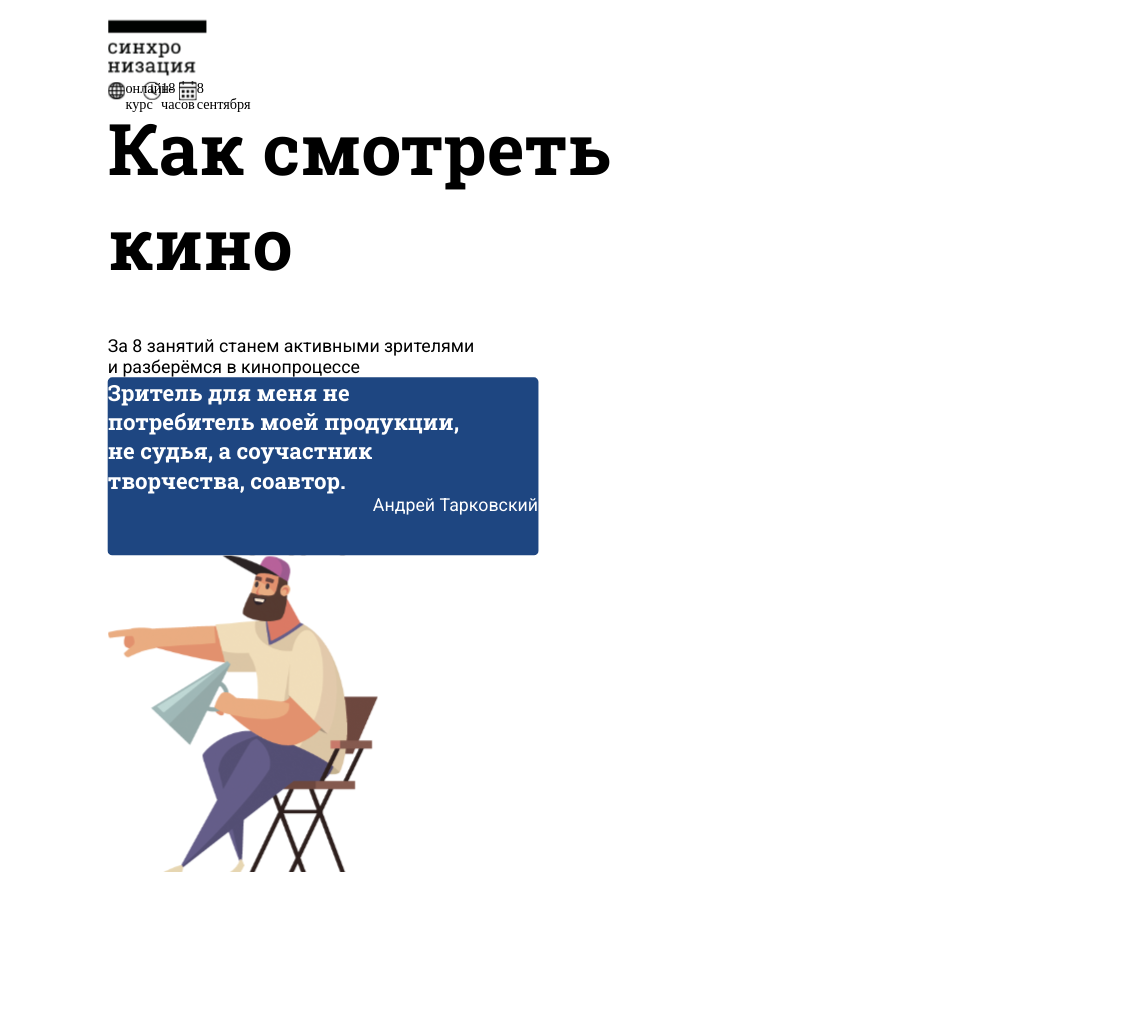
Repository: kubrazamanova/project1
Page: index.html
These files come from the project's save history. The page is drawn as it stood at one moment and after the next save; the edit follows.
The browser window is 1280 px wide. The pictures show the whole page, at 89% of full size.

Above is the page before, as saved 2023-09-09 12:47:27.

### index.html
<!DOCTYPE html>
<html lang="en">

<head>
  <meta charset="UTF-8" />
  <meta name="viewport" content="width=device-width, initial-scale=1.0" />
  <title>Document</title>
  <link rel="stylesheet" href="index.css" />
</head>

<body>
  <div class="container">
    <img class="logo-img" src="./images/logo_mobile_black 1 (1).svg" alt="">
<ul>
  <li>
<img src="./images/globe (1).svg" alt="">
<p>онлайн-курс</p>
  </li>
  <li>
    <img src="./images/img_135744 (1).svg" alt="">
    <p>18 часов </p>
  </li>
  <li>
    <img src="./images/calendar_2 (1).svg" alt="">
    <p>8 сентября</p>
  </li>
</ul>



    <div class="text-container">
      <h1>Как смотреть кино</h1>
      <p>За 8 занятий станем активными зрителями и разберёмся в кинопроцессе</p>
    </div>
    <div class="card-box">
      <div class="blue">
        <h1> Зритель для меня не потребитель моей продукции, не судья, а соучастник творчества, соавтор. </h1>
        <br>
        <h2>Андрей Тарковский</h2>
      </div>
    </div>
    <img src="./noroot 1.svg" alt="">
  </div>

</body>
</html>

### index.css
@import url("https://fonts.googleapis.com/css2?family=Roboto+Slab:wght@700&family=Roboto:wght@400;700&display=swap");
* {
  margin: 0;
  padding: 0;
  box-sizing: border-box;
}
.container {
    padding:  21px 246px 173px 121px;
}
.container .logo-img{
    width: 112px;
height: 66px;
}
.container ul{
    display: flex;
}
.container ul li{
display: flex;
}
.container ul li img{
    width: 20px;
height: 22px;
}
.container ul li p{
    width: 20px;
height: 22px;
}
.text-container {
  /* padding: 248px 246px 174px 122px; */
}
.card-box {
  /* padding: 87px 0 173px 409px; */
}

.text-container h1 {
  margin-bottom: 51px;
  width: 628px;
  color: #000;
  font-family: Roboto Slab;
  font-size: 80px;
  font-style: normal;
  font-weight: 700;
}
.text-container p {
  width: 414px;
  color: #000;
  font-family: Roboto;
  font-size: 20px;
  font-style: normal;
  font-weight: 400;
}
 .img {
  width: 304px;
  height: 356px;
}
.blue {
  border-radius: 5px;
  background: #1e4681;
  width: 483.635px;
  height: 200px;
}

.blue h1 {
  width: 430.589px;
  height: 113px;
  color: #fff;
  font-family: Roboto Slab;
  font-size: 25px;
  font-style: normal;
  font-weight: 400;
}
.blue h2 {
  color: #fff;
  text-align: right;
  font-family: Roboto;
  font-size: 20px;
  font-style: normal;
  font-weight: 400;
}

After the next save:
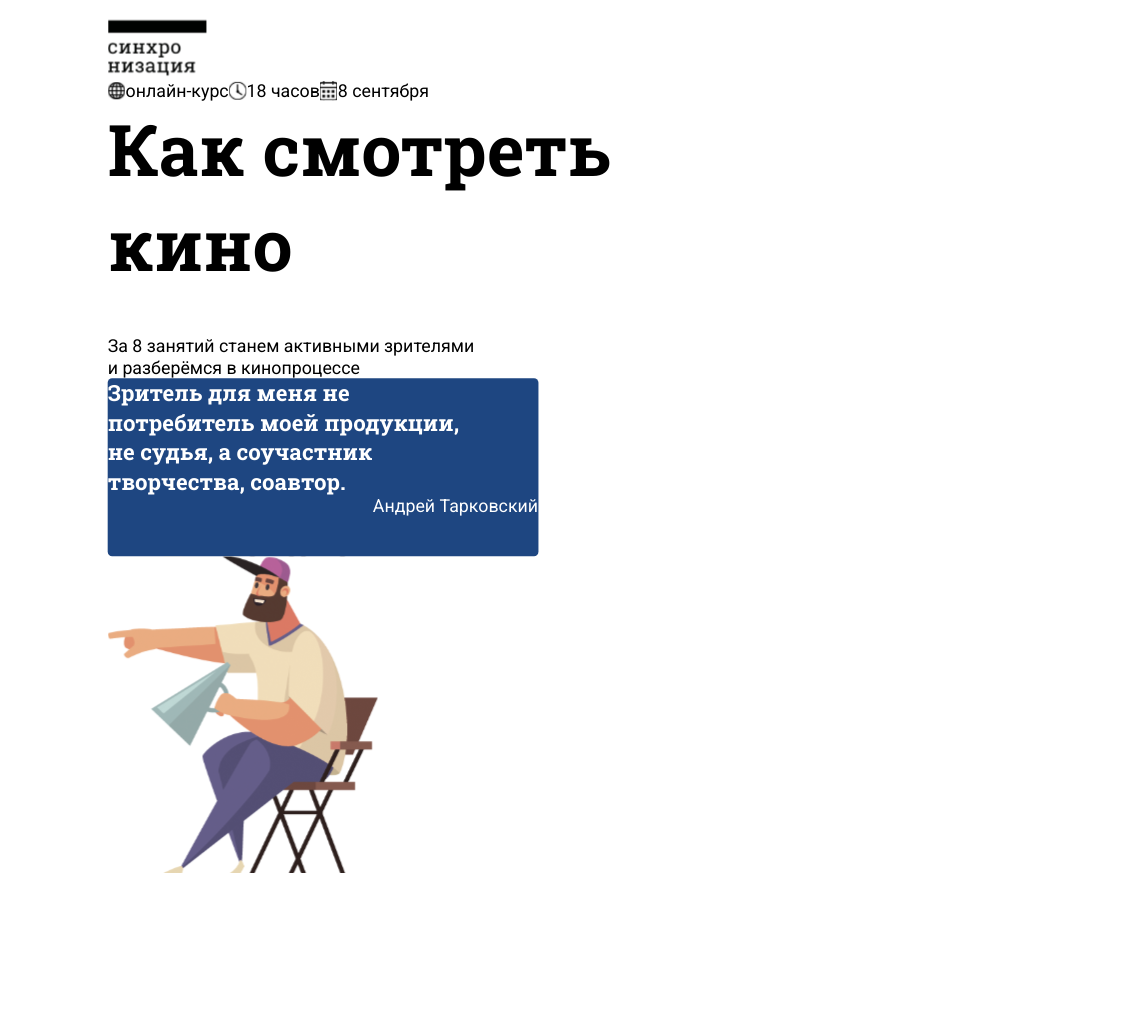
Saved 22 s later.
--- a/index.css
+++ b/index.css
@@ -22,8 +22,12 @@
 height: 22px;
 }
 .container ul li p{
-    width: 20px;
-height: 22px;
+    color: #000;
+    font-family: Roboto;
+    font-size: 20px;
+    font-style: normal;
+    font-weight: 400;
+    line-height: 115%; /* 23px */
 }
 .text-container {
   /* padding: 248px 246px 174px 122px; */
